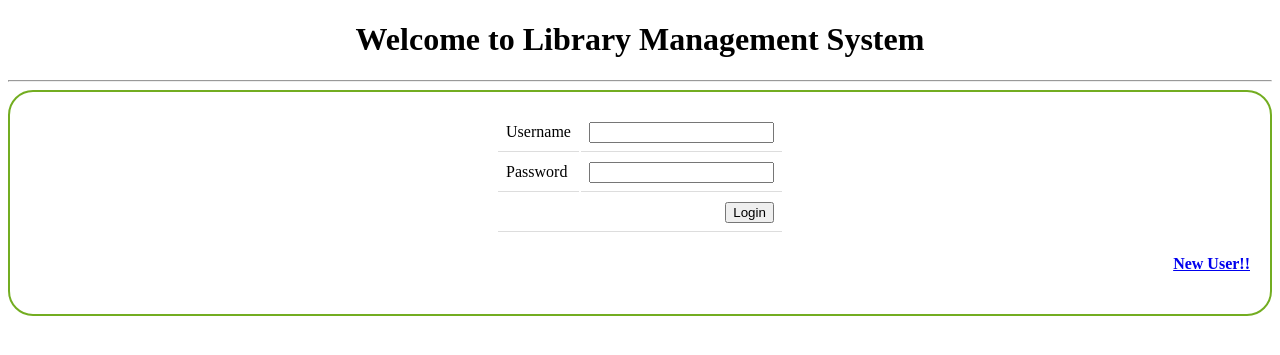
Repository: paragpatidar/LibraryManagementSystem
Page: http://localhost/LibraryManagementSystemSpring/
An editor plug-in stored every save of this project. The page is shown before and after the next save, followed by the edit.
The browser window is 1280 px wide. The pictures show the whole page.
The page is served by Tomcat 9. Nobody is signed in. The application's start-up code is not run.

Above is the page before, as saved 2017-11-08 07:44:18.

After the next save:
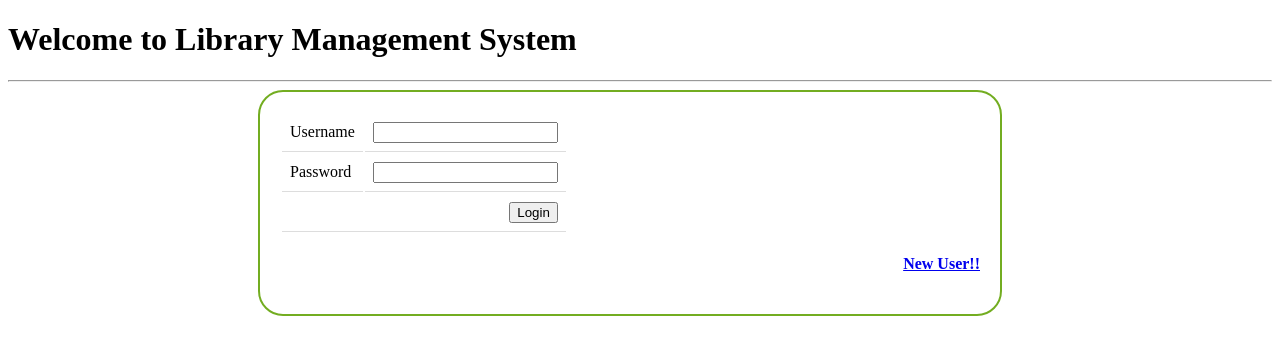
Saved 2 min 37 s later.
--- a/LibraryManagementSystemSpring/WebContent/index.jsp
+++ b/LibraryManagementSystemSpring/WebContent/index.jsp
@@ -10,7 +10,8 @@
     border-radius: 25px;
     border: 2px solid #73AD21;
     padding: 20px;
-	horizontal-align: center;
+    margin-right : 270px;
+    margin-left : 250px;
 }
 
 th, td {
@@ -21,11 +22,11 @@ th, td {
 
 </head>
 <body>
-	<h1 align="center">Welcome to Library Management System</h1>
+	<h1 align="">Welcome to Library Management System</h1>
 	<hr>
 	<div id="form">
 	<form action="login.htm" method="post">
-		<table align="center">
+		<table>
 			<tr>
 				<td>Username</td>
 				<td><input type="text" name="userName"></td>
